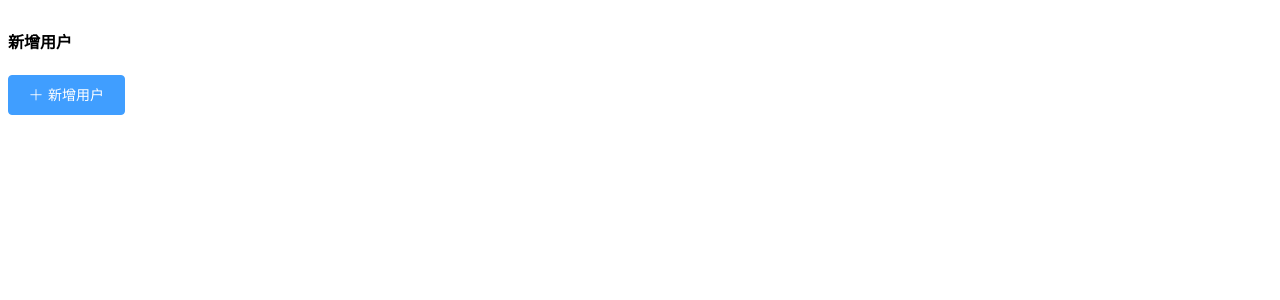
Repository: xinwuhao/New-user
Page: /
The author's editor kept a copy of each file at every save. The page is drawn from the files as they stood at one save, then again after the next save.
The browser window is 1280 px wide. The pictures show the whole page.
The project was rebuilt for these pictures with package versions that can differ from the ones it lists, and the page was loaded fresh each time.

Above is the page before, as saved 2021-12-21 14:59:36.

### src/main.js
import Vue from 'vue'
import App from './App.vue'
import router from './router'
import store from './store'
import ElementUI from 'element-ui';
import 'element-ui/lib/theme-chalk/index.css';

Vue.use(ElementUI);
Vue.config.productionTip = false

new Vue({
  router,
  store,
  el: '#app',
  render: h => h(App)
}).$mount('#app')

### src/views/Home.vue
<template>
  <div class="container">
    <div class="content">
      <h4>新增用户</h4>
      <userAdd></userAdd>
    </div>
  </div>
</template>

<script>
//引入子组件
import userAdd from "../components/userAdd/userAdd.vue"
export default {
  name: "",
  props: {},
  data() {
    return {};
  },
  components: {
    userAdd
  },
  methods: {
  },
  mounted() {},
  computed: {},
  watch: {},
};
</script>

<style lang='scss' scoped>
.container {
   display: flex;
   justify-content: center;
}
.content {
   width: 1450px;
   /* 注意适配的宽度必须大于最小适配宽度 */
}
</style>

### src/components/userAdd/userAdd.vue
<template>
  <div>
    <el-button type="primary" icon="el-icon-plus" @click="dialogVisible = true"
      >新增用户</el-button
    >
    <el-dialog title="提示" :visible.sync="dialogVisible" width="30%">
      <div>


      </div>
      <span slot="footer" class="dialog-footer">
        <el-button @click="dialogVisible = false">取 消</el-button>
        <el-button type="primary" @click="dialogVisible = false"
          >确 定</el-button
        >
      </span>
    </el-dialog>
  </div>
</template>

<script>
//引入子组件

export default {
  name: "",
  props: {},
  data() {
    return {
      dialogVisible: false,
    };
  },
  components: {},
  methods: {},
  mounted() {},
  computed: {},
  watch: {},
};
</script>

<style lang='scss' scoped>
</style>

Loaded but not shown: public/index.html (common file); src/App.vue (common file); src/router/index.js (common file); src/store/index.js (common file)

After the next save:
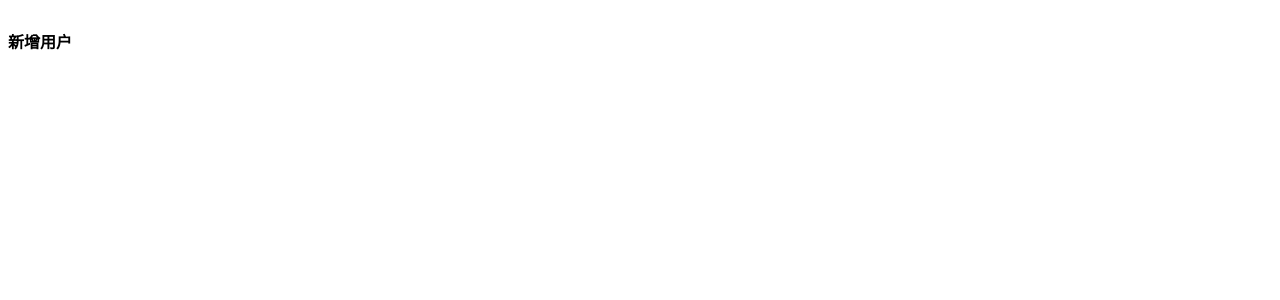
Saved 4 s later.
--- a/src/components/userAdd/userAdd.vue
+++ b/src/components/userAdd/userAdd.vue
@@ -5,8 +5,54 @@
     >
     <el-dialog title="提示" :visible.sync="dialogVisible" width="30%">
       <div>
-
-
+          <el-form :model="ruleForm" :rules="rules" ref="ruleForm" label-width="100px" class="demo-ruleForm">
+  <el-form-item label="活动名称" prop="name">
+    <el-input v-model="ruleForm.name"></el-input>
+  </el-form-item>
+  <el-form-item label="活动区域" prop="region">
+    <el-select v-model="ruleForm.region" placeholder="请选择活动区域">
+      <el-option label="区域一" value="shanghai"></el-option>
+      <el-option label="区域二" value="beijing"></el-option>
+    </el-select>
+  </el-form-item>
+  <el-form-item label="活动时间" required>
+    <el-col :span="11">
+      <el-form-item prop="date1">
+        <el-date-picker type="date" placeholder="选择日期" v-model="ruleForm.date1" style="width: 100%;"></el-date-picker>
+      </el-form-item>
+    </el-col>
+    <el-col class="line" :span="2">-</el-col>
+    <el-col :span="11">
+      <el-form-item prop="date2">
+        <el-time-picker placeholder="选择时间" v-model="ruleForm.date2" style="width: 100%;"></el-time-picker>
+      </el-form-item>
+    </el-col>
+  </el-form-item>
+  <el-form-item label="即时配送" prop="delivery">
+    <el-switch v-model="ruleForm.delivery"></el-switch>
+  </el-form-item>
+  <el-form-item label="活动性质" prop="type">
+    <el-checkbox-group v-model="ruleForm.type">
+      <el-checkbox label="美食/餐厅线上活动" name="type"></el-checkbox>
+      <el-checkbox label="地推活动" name="type"></el-checkbox>
+      <el-checkbox label="线下主题活动" name="type"></el-checkbox>
+      <el-checkbox label="单纯品牌曝光" name="type"></el-checkbox>
+    </el-checkbox-group>
+  </el-form-item>
+  <el-form-item label="特殊资源" prop="resource">
+    <el-radio-group v-model="ruleForm.resource">
+      <el-radio label="线上品牌商赞助"></el-radio>
+      <el-radio label="线下场地免费"></el-radio>
+    </el-radio-group>
+  </el-form-item>
+  <el-form-item label="活动形式" prop="desc">
+    <el-input type="textarea" v-model="ruleForm.desc"></el-input>
+  </el-form-item>
+  <el-form-item>
+    <el-button type="primary" @click="submitForm('ruleForm')">立即创建</el-button>
+    <el-button @click="resetForm('ruleForm')">重置</el-button>
+  </el-form-item>
+</el-form>
       </div>
       <span slot="footer" class="dialog-footer">
         <el-button @click="dialogVisible = false">取 消</el-button>

After the 3 saves that followed:
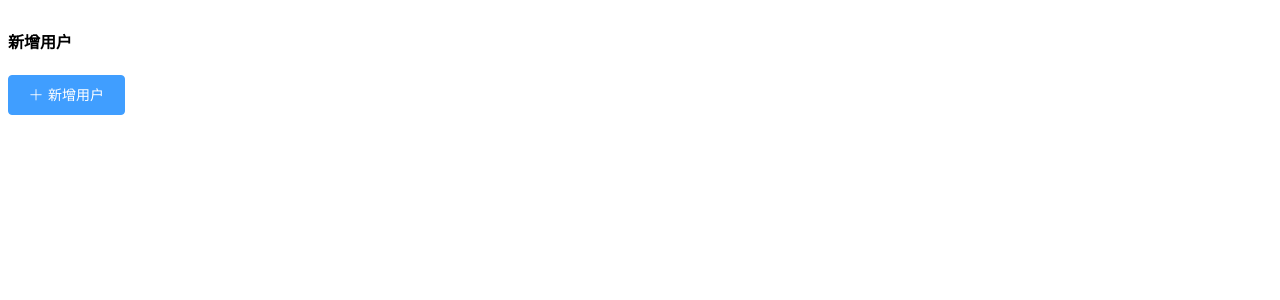
The 3 saves are shown as one change because 1 left the picture as it was and some came seconds apart.
The last was saved 43 s later.
--- a/src/components/userAdd/userAdd.vue
+++ b/src/components/userAdd/userAdd.vue
@@ -5,54 +5,7 @@
     >
     <el-dialog title="提示" :visible.sync="dialogVisible" width="30%">
       <div>
-          <el-form :model="ruleForm" :rules="rules" ref="ruleForm" label-width="100px" class="demo-ruleForm">
-  <el-form-item label="活动名称" prop="name">
-    <el-input v-model="ruleForm.name"></el-input>
-  </el-form-item>
-  <el-form-item label="活动区域" prop="region">
-    <el-select v-model="ruleForm.region" placeholder="请选择活动区域">
-      <el-option label="区域一" value="shanghai"></el-option>
-      <el-option label="区域二" value="beijing"></el-option>
-    </el-select>
-  </el-form-item>
-  <el-form-item label="活动时间" required>
-    <el-col :span="11">
-      <el-form-item prop="date1">
-        <el-date-picker type="date" placeholder="选择日期" v-model="ruleForm.date1" style="width: 100%;"></el-date-picker>
-      </el-form-item>
-    </el-col>
-    <el-col class="line" :span="2">-</el-col>
-    <el-col :span="11">
-      <el-form-item prop="date2">
-        <el-time-picker placeholder="选择时间" v-model="ruleForm.date2" style="width: 100%;"></el-time-picker>
-      </el-form-item>
-    </el-col>
-  </el-form-item>
-  <el-form-item label="即时配送" prop="delivery">
-    <el-switch v-model="ruleForm.delivery"></el-switch>
-  </el-form-item>
-  <el-form-item label="活动性质" prop="type">
-    <el-checkbox-group v-model="ruleForm.type">
-      <el-checkbox label="美食/餐厅线上活动" name="type"></el-checkbox>
-      <el-checkbox label="地推活动" name="type"></el-checkbox>
-      <el-checkbox label="线下主题活动" name="type"></el-checkbox>
-      <el-checkbox label="单纯品牌曝光" name="type"></el-checkbox>
-    </el-checkbox-group>
-  </el-form-item>
-  <el-form-item label="特殊资源" prop="resource">
-    <el-radio-group v-model="ruleForm.resource">
-      <el-radio label="线上品牌商赞助"></el-radio>
-      <el-radio label="线下场地免费"></el-radio>
-    </el-radio-group>
-  </el-form-item>
-  <el-form-item label="活动形式" prop="desc">
-    <el-input type="textarea" v-model="ruleForm.desc"></el-input>
-  </el-form-item>
-  <el-form-item>
-    <el-button type="primary" @click="submitForm('ruleForm')">立即创建</el-button>
-    <el-button @click="resetForm('ruleForm')">重置</el-button>
-  </el-form-item>
-</el-form>
+
       </div>
       <span slot="footer" class="dialog-footer">
         <el-button @click="dialogVisible = false">取 消</el-button>
